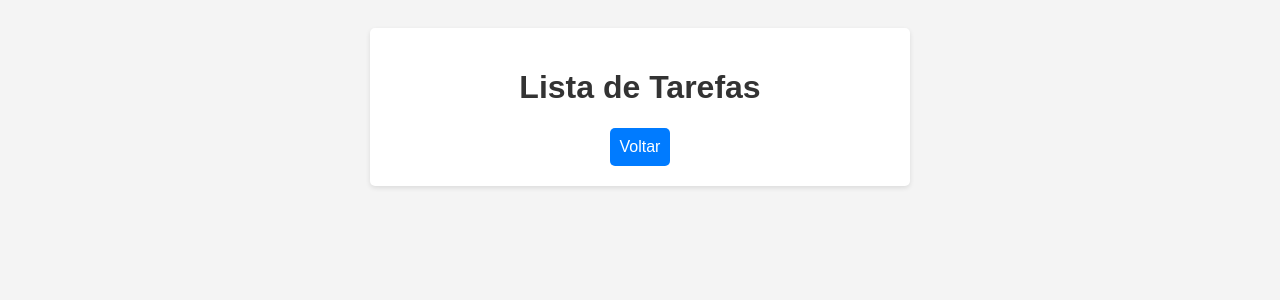
Repository: MathSena/jsp_curso
Page: http://localhost/jspdemo/todo.jsp
An editor plug-in stored every save of this project. The page is shown before and after the next save, followed by the edit.
The browser window is 1280 px wide. The pictures show the whole page.
The page is served by Tomcat 9.

Above is the page before, as saved 2025-03-04 18:33:01.

After the next save:
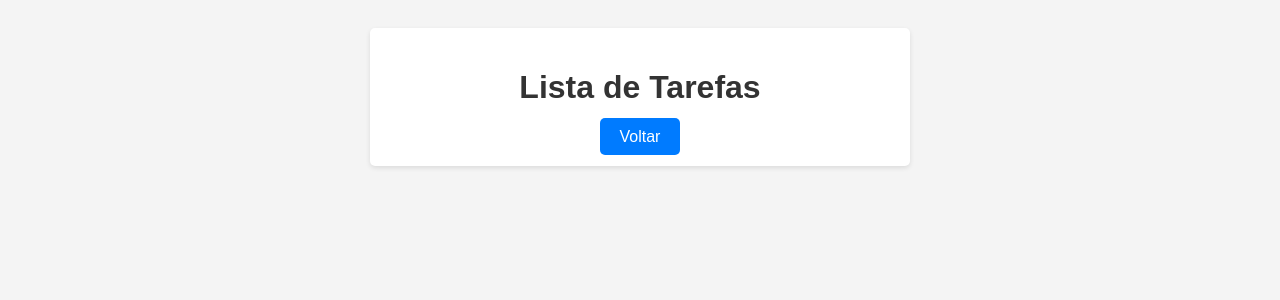
Saved 12 s later.
--- a/jspdemo/src/main/webapp/todo.jsp
+++ b/jspdemo/src/main/webapp/todo.jsp
@@ -1,7 +1,7 @@
 <%@ page import="java.util.ArrayList" %>
 <%@ page contentType="text/html;charset=UTF-8" language="java" %>
 <%
-    // Recupera a lista de tarefas da sessão (cria nova lista se necessário)
+    // Recupera a lista de tarefas da sessão (cria se não existir)
     ArrayList<String> tasks = (ArrayList<String>) session.getAttribute("tasks");
     if (tasks == null) {
          tasks = new ArrayList<String>();
@@ -46,16 +46,16 @@
              text-align: center;
              margin-top: 20px;
          }
-         .voltar button {
+         /* Botão Voltar estilizado como link */
+         .voltar a {
+             text-decoration: none;
              background-color: #007BFF;
-             padding: 10px;
+             padding: 10px 20px;
              color: #fff;
-             border: none;
              border-radius: 5px;
-             cursor: pointer;
              font-size: 16px;
          }
-         .voltar button:hover {
+         .voltar a:hover {
              background-color: #0056b3;
          }
     </style>
@@ -63,17 +63,15 @@
 <body>
     <div class="container">
          <h1>Lista de Tarefas</h1>
-         <!-- Exibe a lista de tarefas -->
+         <!-- Exibe as tarefas armazenadas na sessão -->
          <ul>
               <% for(String task : tasks) { %>
                    <li><%= task %></li>
               <% } %>
          </ul>
-         <!-- Botão "Voltar" para retornar à página de adição -->
+         <!-- Botão "Voltar" para retornar à página de inserção -->
          <div class="voltar">
-              <form action="index.jsp" method="get">
-                   <button type="submit">Voltar</button>
-              </form>
+              <a href="index.jsp">Voltar</a>
          </div>
     </div>
 </body>
